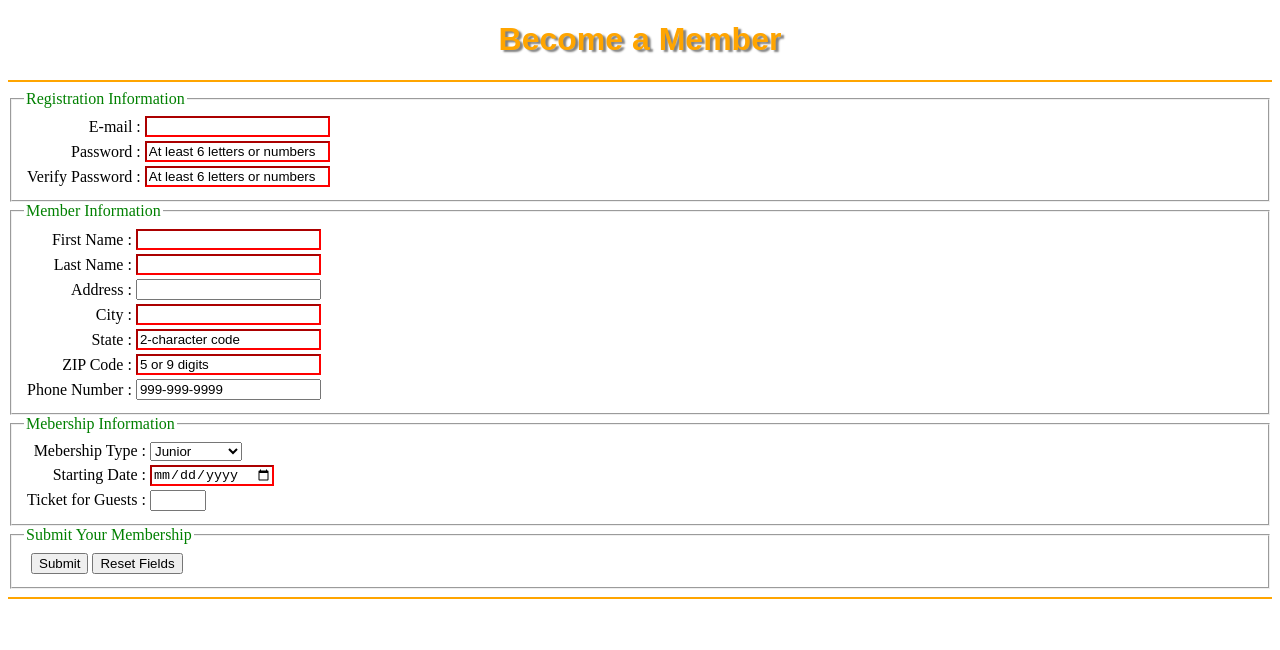
Repository: kjungyoun/Web_Study_2021
Page: homework_front/WebContent/0302/0302.html
These files come from the project's save history. The page is drawn as it stood at one moment and after a run of saves; the edit follows.
The browser window is 1280 px wide. The pictures show the whole page.
Some web fonts or font styles are not loaded; a fallback is used.

Above is the page before, as saved 2021-03-02 12:32:07.

After the next 3 saves:
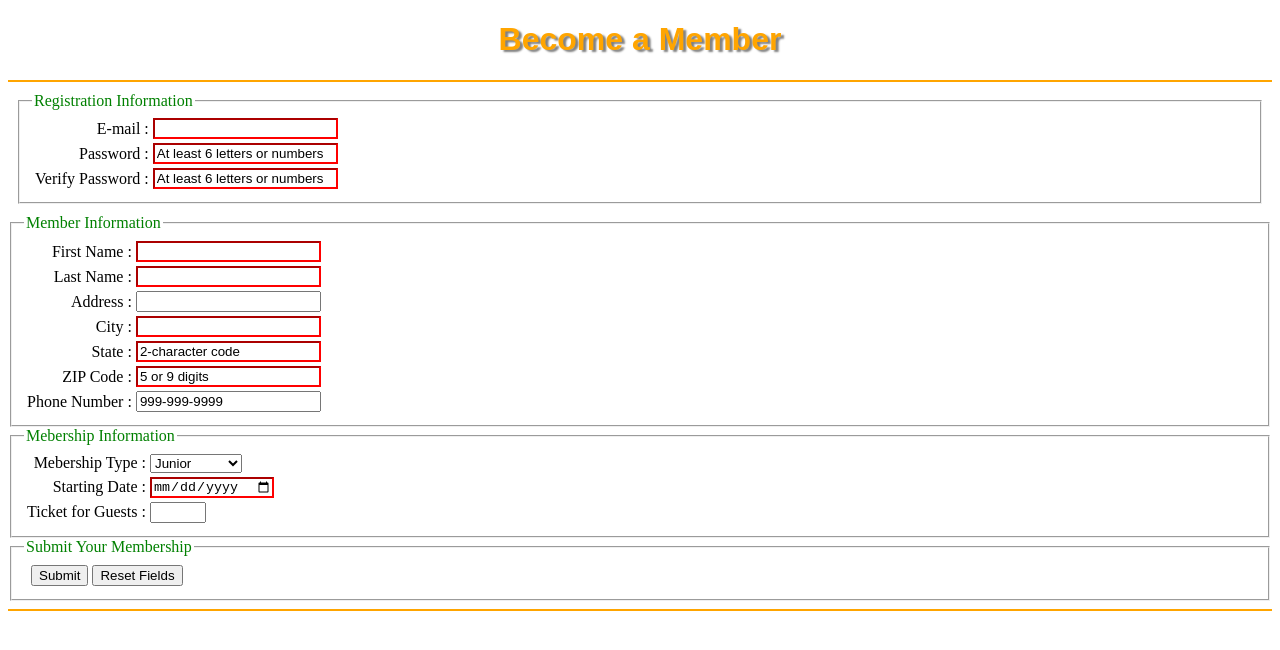
The 3 saves are shown as one change because they came seconds apart.
The last was saved 48 s later.
--- a/homework_front/WebContent/0302/0302.html
+++ b/homework_front/WebContent/0302/0302.html
@@ -25,7 +25,7 @@
 	<hr color="orange" size="2px">
 </header>
 <form action="index.html">
-	<fieldset>
+	<fieldset style="margin: 10px;">
 		<legend>Registration Information</legend>
 		<table>
 			<tbody>
